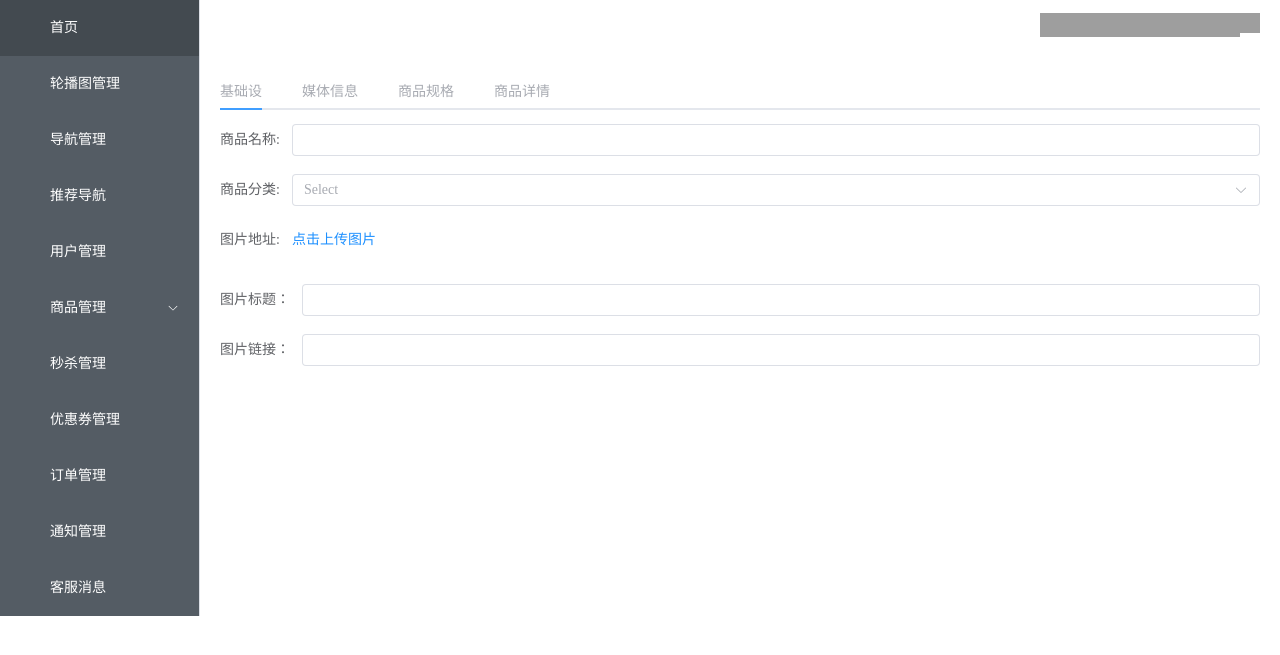
Repository: xinwuhao/CCG
Page: /addgoods
These files come from the project's save history. The page is drawn as it stood at one moment and after the next save; the edit follows.
The browser window is 1280 px wide. The pictures show the whole page.
Pictures or frames that could not be fetched are drawn as grey boxes. The page's requests for data from a server got no answer. The project was rebuilt for these pictures with package versions that can differ from the ones it lists, and the page was loaded fresh each time. No one was signed in, and anything a server would have sent is missing. Also part of the build but not shown: vite.config.ts.

Above is the page before, as saved 2021-09-24 13:43:00.

### src/main.ts
import { createApp } from 'vue'
import App from "./App.vue";
import router from "./router"
import ElementPlus from 'element-plus'
import 'element-plus/dist/index.css'
import * as Icons from '@element-plus/icons'
import { toLine } from './utils/index'

const app = createApp(App)

for (let i in Icons) {
    app.component(`el-icon${toLine(i)}`, (Icons as any)[i])
}

app.use(router)
app.use(ElementPlus)
app.mount('#app')

### src/App.vue
<template>
  <div>
    <router-view></router-view>
  </div>
</template>

<script setup lang="ts">
</script>

<style lang='scss'>
@import "./scssbox.scss";
</style>

### src/router/index.ts
import { createRouter, createWebHistory, RouteRecordRaw } from 'vue-router'
// import Home from '../views/homepage/homepage.vue'
import Layout from '../views/layout/Layout.vue'

const routes: Array<RouteRecordRaw> = [
  {
    path: '/login',
    name: 'Logon',
    component: () => import('../views/login/Login.vue'),
    meta: {
      title: '登录'
    }
  },
  {
    path: '/',
    component: Layout,
    // 子路由: children
    children: [
      {
        path: '/',
        name: '/',
        component: () => import('../views/homepage/homepage.vue'),
        meta: {
          title: '首页',
          meta: '/homepage'
        }
      },
      {
        path: '/discount',
        name: 'discount',
        component: () => import('../views/discount/discount.vue'),
        meta: {
          title: '优惠券管理',
          meta: '/discount'
        }
      },
      {
        path: '/navigation',
        name: 'navigation',
        component: () => import('../views/navigation/navigation.vue'),
        meta: {
          title: '导航管理',
          meta: '/navigation'
        }
      },
      {
        path: '/swiper',
        name: 'swiper',
        component: () => import('../views/swiper/swiper.vue'),
        meta: {
          title: '轮播图管理',
          meta: '/swiper'
        }
      },
      {
        path: '/recommend',
        name: 'recommend',
        component: () => import('../views/recommend/recommend.vue'),
        meta: {
          title: '推荐导航',
          meta: '/recommend'
        }
      },
      {
        path: '/user',
        name: 'user',
        component: () => import('../views/user/user.vue'),
        meta: {
          title: '用户管理',
          meta: '/user'
        }
      },
      {
        path: '/addgoods',
        name: 'addgoods',
        component: () => import('../views/goods/addgoods.vue'),
        meta: {
          title: '添加商品',
          meta: '/addgoods'
        }
      },
      {
        path: '/sortgoods',
        name: 'sortgoods',
        component: () => import('../views/goods/sortgoods.vue'),
        meta: {
          title: '商品分类',
          meta: '/sortgoods'
        }
      },
      {
        path: '/modelgoods',
        name: 'modelgoods',
        component: () => import('../views/goods/modelgoods.vue'),
        meta: {
          title: '商品模型',
          meta: '/modelgoods'
        }
      },
      {
        path: '/specsgoods',
        name: 'specsgoods',
        component: () => import('../views/goods/specsgoods.vue'),
        meta: {
          title: '商品规格',
          meta: '/specsgoods'
        }
      },
      {
        path: '/parametergoods',
        name: 'parametergoods',
        component: () => import('../views/goods/parametergoods.vue'),
        meta: {
          title: '商品参数',
          meta: '/parametergoods'
        }
      },
      {
        path: '/specifications',
        name: 'specifications',
        component: () => import('../views/goods/specifications.vue'),
        meta: {
          title: '规格参数',
          meta: '/specifications'
        }
      },
      {
        path: '/seckill',
        name: 'seckill',
        component: () => import('../views/seckill/seckill.vue'),
        meta: {
          title: '秒杀管理',
          meta: '/seckill'
        }
      },
      {
        path: '/order',
        name: 'order',
        component: () => import('../views/order/order.vue'),
        meta: {
          title: '订单管理',
          meta: '/order'
        }
      },
      {
        path: '/notice',
        name: 'notice',
        component: () => import('../views/notice/notice.vue'),
        meta: {
          title: '通知管理',
          meta: '/notice'
        }
      },
      {
        path: '/news',
        name: 'news',
        component: () => import('../views/news/news.vue'),
        meta: {
          title: '客服消息',
          meta: '/news'
        }
      },
    ]
  }
]

const router = createRouter({
  history: createWebHistory(),
  routes
})

router.beforeEach((to, from, next) => {
  document.title = to.meta.title as string
  next()
})

export default router

### src/utils/index.ts
export const toLine = (str: string) => {
  return str.replace(/([A-Z])/g, "-$1").toLowerCase()
}

### src/scssbox.scss
* {
    margin: 0;
    padding: 0;
}

html,
body,
#app,
.el-container,
.el-menu {
    height: 100%;
}

### src/views/layout/Layout.vue
<template>
  <el-container>
    <el-aside width="auto">
      <nav-left :isCollapse='isCollapse'></nav-left>
    </el-aside>
    <el-container>
     <el-header>
        <nav-header v-model:isCollapse='isCollapse'></nav-header>
     </el-header>
      <el-main>
        <router-view></router-view>
      </el-main>
    </el-container>
  </el-container>
</template>

<script setup lang="ts">
import { ref, reactive } from 'vue'
import NavHeader from  '../../components/navHeader/NavHeader.vue'
import NavLeft from  '../../components/navLeft/NavLeft.vue'

interface Data {
  name: string,
  age: number
}

let isCollapse = ref<boolean>(false)
let data = reactive<Data>({
  name: 'jack',
  age: 20
})
</script>

<style scoped lang="scss">
.el-header {
  height: 50px;
  padding: 0;
}
</style>

### src/views/goods/addgoods.vue
<template>
  <div>
    <div v-if="judge == 0">
      <div class="searchBox">
        <el-input
          placeholder="请输入内容"
          v-model="input"
          clearable
          class="inputBox"
        >
        </el-input>
        <el-button icon="el-icon-search" @click="obtain"></el-button>
        <el-button type="primary" @click="ON">添加商品</el-button>
      </div>
      <!-- 表格 -->
      <div style="margin-top: 20px">
        <el-table :data="tableData" border style="width: 100%">
          <el-table-column label="#" type="index" width="50"> </el-table-column>
          <el-table-column prop="content" label="商品名称"> </el-table-column>
          <el-table-column prop="content" label="商品原价"> </el-table-column>
          <el-table-column prop="content" label="商品现价"> </el-table-column>
          <el-table-column prop="content" label="商品库存"> </el-table-column>
          <el-table-column label="是否新品">
            <template #default="scope">
              <div>
                {{ scope.row.isShow == true ? "是" : "否" }}
              </div>
            </template>
          </el-table-column>
          <el-table-column label="是否热卖">
            <template #default="scope">
              <div>
                {{ scope.row.isShow == true ? "是" : "否" }}
              </div>
            </template>
          </el-table-column>
          <el-table-column label="是否推荐">
            <template #default="scope">
              <div>
                {{ scope.row.isShow == true ? "是" : "否" }}
              </div>
            </template>
          </el-table-column>
          <el-table-column fixed="right" label="上下架">
            <template #default="scope">
              <el-switch
                v-model="scope.row.isShow"
                active-color="#1E90FF"
                inactive-color="#ff4949"
                @change="chen(scope.row)"
              >
              </el-switch>
            </template>
          </el-table-column>
          <el-table-column fixed="right" label="操作">
            <template #default="scope">
              <el-button @click="reduce(scope.row)" type="text" size="small"
                >删除</el-button
              >
              <el-button type="text" size="small" @click="alter(scope.row)"
                >编辑</el-button
              >
            </template>
          </el-table-column>
        </el-table>
      </div>
    </div>

    <!-- 添加商品弹出层 -->
    <div v-if="judge !== 0">
      <el-tabs v-model="judge">
        <el-tab-pane label="基础设" name="1" disabled>
          <el-form :model="swiper" ref="ruleForm" class="demo-ruleForm">
            <el-form-item label="商品名称:" prop="title">
              <el-input v-model="swiper.title" class="inpud"></el-input>
            </el-form-item>
            <el-form-item label="商品分类:" prop="parentId">
              <el-select
                v-model="swiper.parentId"
                placeholder="Select"
                style="width: 100%"
              >
                <el-option-group
                  v-for="group in options"
                  :key="group.name"
                  :label="group.name"
                >
                  <el-option
                    v-for="item in group.list"
                    :key="item.name"
                    :label="item.name"
                    :value="item._id"
                  >
                  </el-option>
                </el-option-group>
              </el-select>
            </el-form-item>
            <el-form-item label="图片地址:" prop="img">
              <el-upload
                class="upload-demo"
                action="http://localhost:1001/admin/upload"
                :headers="abc"
                :on-success="upimg"
                list-type="picture"
                :file-list="fileList"
              >
                <div class="blueFont">点击上传图片</div>
              </el-upload>
            </el-form-item>
            <el-form-item label="图片标题：" prop="title">
              <el-input v-model="swiper.title" class="inpud"></el-input>
            </el-form-item>
            <el-form-item label="图片链接：" prop="path">
              <el-input v-model="swiper.path" class="inpud"></el-input>
            </el-form-item>
          </el-form>
        </el-tab-pane>
        <el-tab-pane label="媒体信息" name="2" disabled>Config</el-tab-pane>
        <el-tab-pane label="商品规格" name="3" disabled>Role</el-tab-pane>
        <el-tab-pane label="商品详情" name="4" disabled>Task</el-tab-pane>
      </el-tabs>
    </div>
  </div>
</template>

<script setup lang="ts">
import { ref, onMounted } from "vue";
import api from "../../http/aip";
import { ElMessage } from "element-plus";

// 输入框
let input = ref<any>("");
//切换层
let judge = ref<string>("1");
//上传图片token
let abc = { Authorization: localStorage.getItem("token") };
//接受图片路径
let fileList = ref<any>([]);
// 下拉
let options = ref<any>([]);
//表格数据
let tableData = ref<any>([]);
//表单
let swiper = ref<any>({
  content: "",
});
//添加按钮
let ON = () => {
  judge.value = "1";
};
//上传图片请求成功
let upimg = (file: any) => {
  swiper.value.img = file.data;
};
// 获取分类
let sort = () => {
  api
    .getCategory("")
    .then((res: any) => {
      if (res.code == 200) {
        options.value = res.data;
      }
    })
    .catch((err: any) => {
      console.log(err);
    });
};
//删除
let reduce = (e: any) => {
  api
    .delNotice(e._id)
    .then((res: any) => {
      if (res.code == 200) {
        ElMessage.success({
          message: `${res.msg}`,
          type: "success",
        });
        obtain();
      } else ElMessage.error(`${res.msg}`);
    })
    .catch((err: any) => {
      console.log(err);
    });
};
//显示
let chen = (e: any) => {
  api
    .showNotice({
      id: e._id,
      isShow: e.isShow,
    })
    .then((res: any) => {
      if (res.code == 200) {
        ElMessage.success({
          message: `${res.msg}`,
          type: "success",
        });
        obtain();
      } else ElMessage.error(`${res.msg}`);
    })
    .catch((err: any) => {
      console.log(err);
    });
};
let current = ref<number>(1);
let pageSize = ref<number>(10);
//获取数据
let obtain = () => {
  api
    .getNotice({
      current: current.value,
      pageSize: pageSize.value,
      query: input.value,
    })
    .then((res: any) => {
      if (res.code == 200) {
        tableData.value = res.data;
      }
    })
    .catch((err: any) => {
      console.log(err);
    });
};
onMounted(() => {
  obtain();
  sort();
});
</script>

<style scoped>
.searchBox {
  display: flex;
}
.inputBox {
  width: 300px;
}
.blueFont {
  color: #1e90ff;
}
.imgBox {
  width: 100px;
  height: 100px;
}
</style>

### src/components/navHeader/NavHeader.vue
<template>
  <div class="header">
    <div @click="toggle" class="cent">
      <el-icon-expand v-if="isCollapse"></el-icon-expand>
      <el-icon-fold v-else></el-icon-fold>
      <div class="cenn">
        <iframe
          width="200"
          height="24"
          frameborder="0"
          scrolling="no"
          hspace="0"
          src="https://i.tianqi.com/?c=code&id=11"
        ></iframe>
        <div>
          <img
            src="https://img0.baidu.com/it/u=3730772664,138405132&fm=26&fmt=auto"
            class="img"
          />
        </div>
      </div>
    </div>
  </div>
</template>

<script lang='ts' setup>
import { ref } from "vue";
import { Fold, Expand } from "@element-plus/icons";

let props = defineProps({
  isCollapse: {
    type: Boolean,
    default: false,
  },
});
let emits = defineEmits(["update:isCollapse"]);
let toggle = () => {
  emits("update:isCollapse", !props.isCollapse);
};
</script>

<style lang='scss' scoped>
svg {
  width: 20px;
  height: 20px;
}
.header {
  height: 50px;
  display: flex;
  align-items: center;
  padding: 0 20px;
}
.cent {
  display: flex;
  width: 100%;
}
.cenn {
  display: flex;
  justify-content: flex-end;
  width: 100%;
}
.img {
  width: 20px;
  height: 20px;
}
</style>

### src/components/navLeft/NavLeft.vue
<template>
  <el-menu
    :uniqueOpened="true"
    default-active="1"
    class="el-menu"
    background-color="#545c64"
    text-color="#fff"
    active-text-color="#ffd04b"
    :collapse="isCollapse"
    :router="true"
  >
    <template v-for="(item, index) in arr" :key="index">
      <el-menu-item :index="item.path" v-if="item.name !== '商品管理'">
        <component :is="item.i" class="iconbox"></component>
        <template #title>{{ item.name }}</template>
      </el-menu-item>
      <el-sub-menu :index="item.path" v-else>
        <template #title>
          <component :is="item.i" class="iconbox"></component>
          <span>{{ item.name }}</span>
        </template>
        <template v-for="(item1, index1) in arr1" :key="index1">
          <el-menu-item :index="item1.path">
            <component :is="item1.i" class="iconbox"></component>
            <span> {{ item1.name }}</span>
          </el-menu-item>
        </template>
      </el-sub-menu>
    </template>
  </el-menu>
</template>

<script lang='ts' setup>
import { ref } from "vue";
let arr = ref<any>([
  { name: "首页", i: "el-icon-house", path: "/" },
  { name: "轮播图管理", i: "el-icon-help", path: "/swiper" },
  { name: "导航管理", i: "el-icon-data-line", path: "/navigation" },
  { name: "推荐导航", i: "el-icon-document-copy", path: "/recommend" },
  { name: "用户管理", i: "el-icon-user", path: "/user" },
  { name: "商品管理", i: "el-icon-paperclip", path: "" },
  { name: "秒杀管理", i: "el-icon-reading", path: "/seckill" },
  { name: "优惠券管理", i: "el-icon-coin", path: "/discount" },
  { name: "订单管理", i: "el-icon-set-up", path: "/order" },
  { name: "通知管理", i: "el-icon-microphone", path: "/notice" },
  { name: "客服消息", i: "el-icon-chat-line-round", path: "/news" },
]);
let arr1 = ref<any>([
  { name: "添加商品", i: "el-icon-document-add", path: "/addgoods" },
  { name: "商品分类", i: "el-icon-tickets", path: "/sortgoods" },
  { name: "商品模型", i: "el-icon-set-up", path: "/modelgoods" },
  { name: "商品规格", i: "el-icon-position", path: "/specsgoods" },
  { name: "商品参数", i: "el-icon-cpu", path: "/parametergoods" },
  { name: "规格参数", i: "el-icon-takeaway-box", path: "/specifications" },
]);
let props = defineProps({
  isCollapse: {
    type: Boolean,
    default: false,
  },
});
</script>

<style lang='scss' scoped>
.el-menu:not(.el-menu--collapse) {
  width: 200px;
}
.iconbox {
  width: 20px;
  height: 20px;
  margin-right: 10px;
}
</style>

### src/http/index.ts
import axios, { AxiosError, AxiosRequestConfig, AxiosResponse } from 'axios'


const http = axios.create({
   baseURL: 'http://localhost:1001',
   timeout: 10000
})


http.interceptors.request.use((config: AxiosRequestConfig) => {
   let token = localStorage.getItem('token')
   if (token) {
      config.headers['Authorization'] = token
   }
   return config
}, (err: AxiosError) => {
   return Promise.reject(err)
})


http.interceptors.response.use((res: any) => {
   return res.data
}, (err: AxiosError) => {
   let status: number = err.response! && err.response!.status
   if (status === 401) {

   }
   if (status === 400) {

   }
   if (status === 403) {

   }
   if (status === 404) {

   }
   if (status === 500) {

   }
   if (status === 503) {

   }
   return Promise.reject(err)
})


export default http

Loaded but not shown: index.html (common file); src/http/aip.ts (485 lines, source omitted)

After the next save:
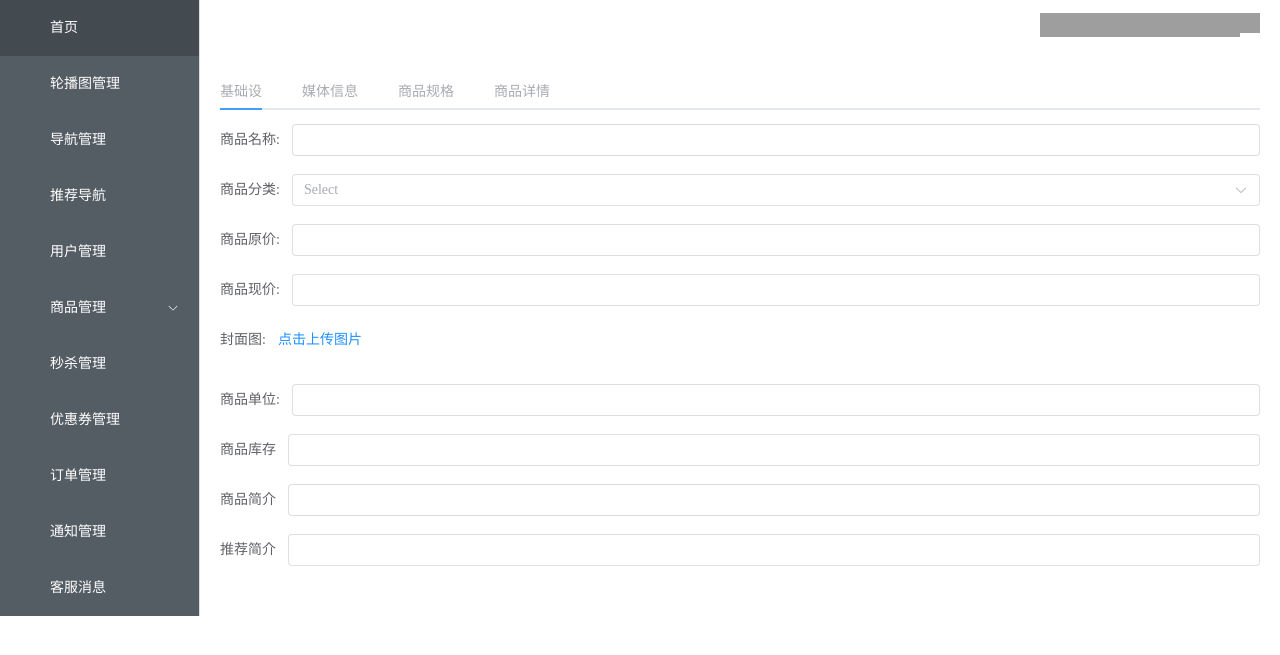
Saved 5 min 8 s later.
--- a/src/views/goods/addgoods.vue
+++ b/src/views/goods/addgoods.vue
@@ -95,7 +95,13 @@
                 </el-option-group>
               </el-select>
             </el-form-item>
-            <el-form-item label="图片地址:" prop="img">
+               <el-form-item label="商品原价:" prop="title">
+              <el-input v-model="swiper.title" class="inpud"></el-input>
+            </el-form-item>
+               <el-form-item label="商品现价:" prop="title">
+              <el-input v-model="swiper.title" class="inpud"></el-input>
+            </el-form-item>
+            <el-form-item label="封面图:" prop="img">
               <el-upload
                 class="upload-demo"
                 action="http://localhost:1001/admin/upload"
@@ -107,14 +113,26 @@
                 <div class="blueFont">点击上传图片</div>
               </el-upload>
             </el-form-item>
-            <el-form-item label="图片标题：" prop="title">
-              <el-input v-model="swiper.title" class="inpud"></el-input>
-            </el-form-item>
-            <el-form-item label="图片链接：" prop="path">
+            <el-form-item label="商品单位:" prop="title">
+              <el-input v-model="swiper.title" class="inpud"></el-input>
+            </el-form-item>
+            <el-form-item label="商品库存" prop="path">
               <el-input v-model="swiper.path" class="inpud"></el-input>
             </el-form-item>
+             <el-form-item label="商品简介" prop="path">
+              <el-input v-model="swiper.path" class="inpud"></el-input>
+            </el-form-item>
+             <el-form-item label="推荐简介" prop="path">
+              <el-input v-model="swiper.path" class="inpud"></el-input>
+            </el-form-item>
+
           </el-form>
         </el-tab-pane>
+
+
+
+
+
         <el-tab-pane label="媒体信息" name="2" disabled>Config</el-tab-pane>
         <el-tab-pane label="商品规格" name="3" disabled>Role</el-tab-pane>
         <el-tab-pane label="商品详情" name="4" disabled>Task</el-tab-pane>
